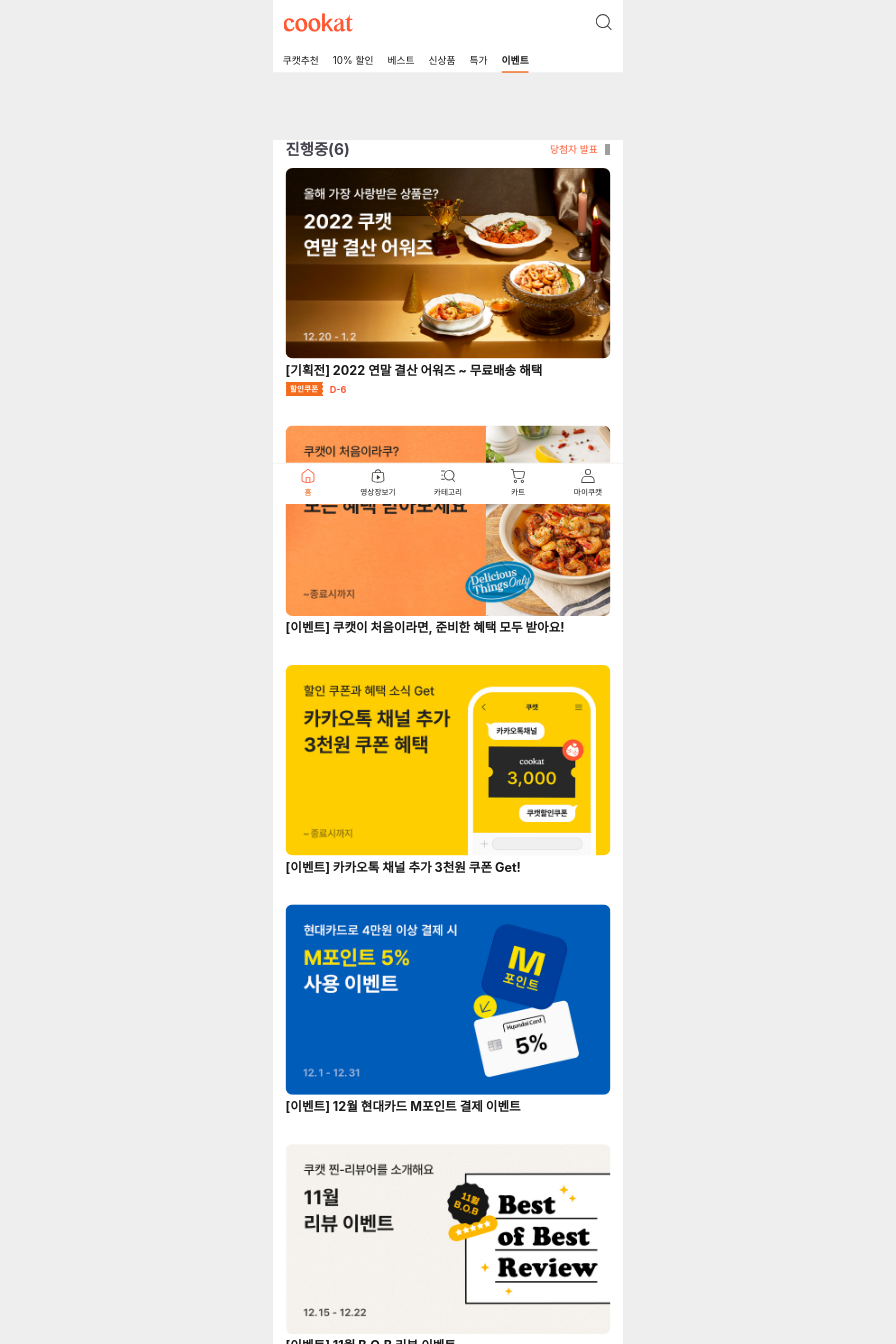
Repository: CooKat/Cookat
Page: event.html
The author's editor kept a copy of each file at every save. The page is drawn from the files as they stood at one save, then again after the next save.
The browser window is 1280 px wide. The pictures show the part of the page from y = 0 to 1920 px (the page is 3162 px tall before and 3066 px after), at 70% of full size.
Pictures or frames that could not be fetched are drawn as grey boxes. A picture or video elsewhere on the page could not be fetched, so the positions and the page height are approximate. Some web fonts or font styles are not loaded; a fallback is used.

Above is the page before, as saved 2022-12-29 17:29:41.
Not found: css/responsive.css
Not found: js/ex1.js

After the next save:
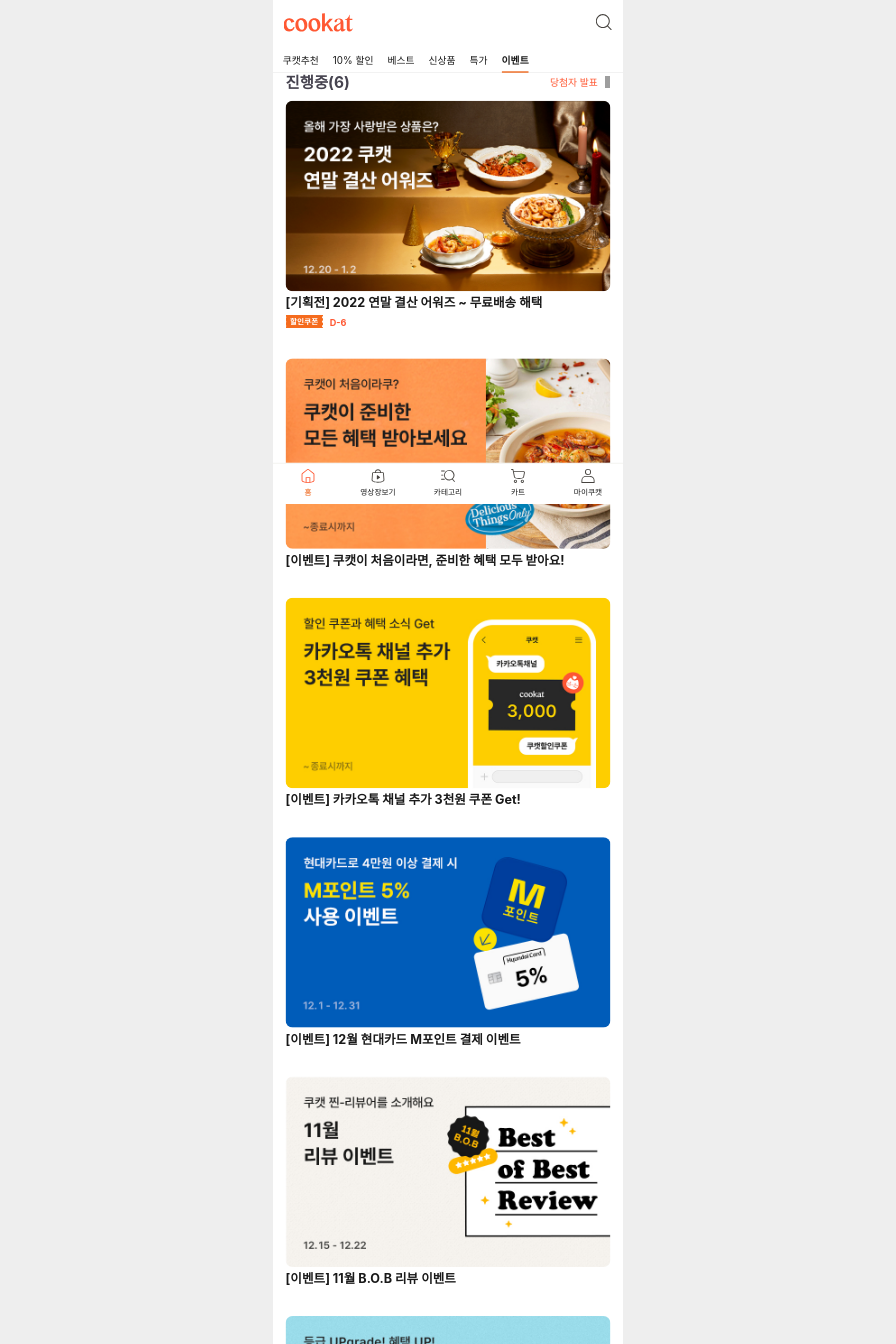
Saved 27 s later.
--- a/css/event.css
+++ b/css/event.css
@@ -1,6 +1,9 @@
 main {
-  margin-top: 200px;
   padding: 0 18px;
+}
+
+.event {
+  display: block;
 }
 
 .event-ing {
